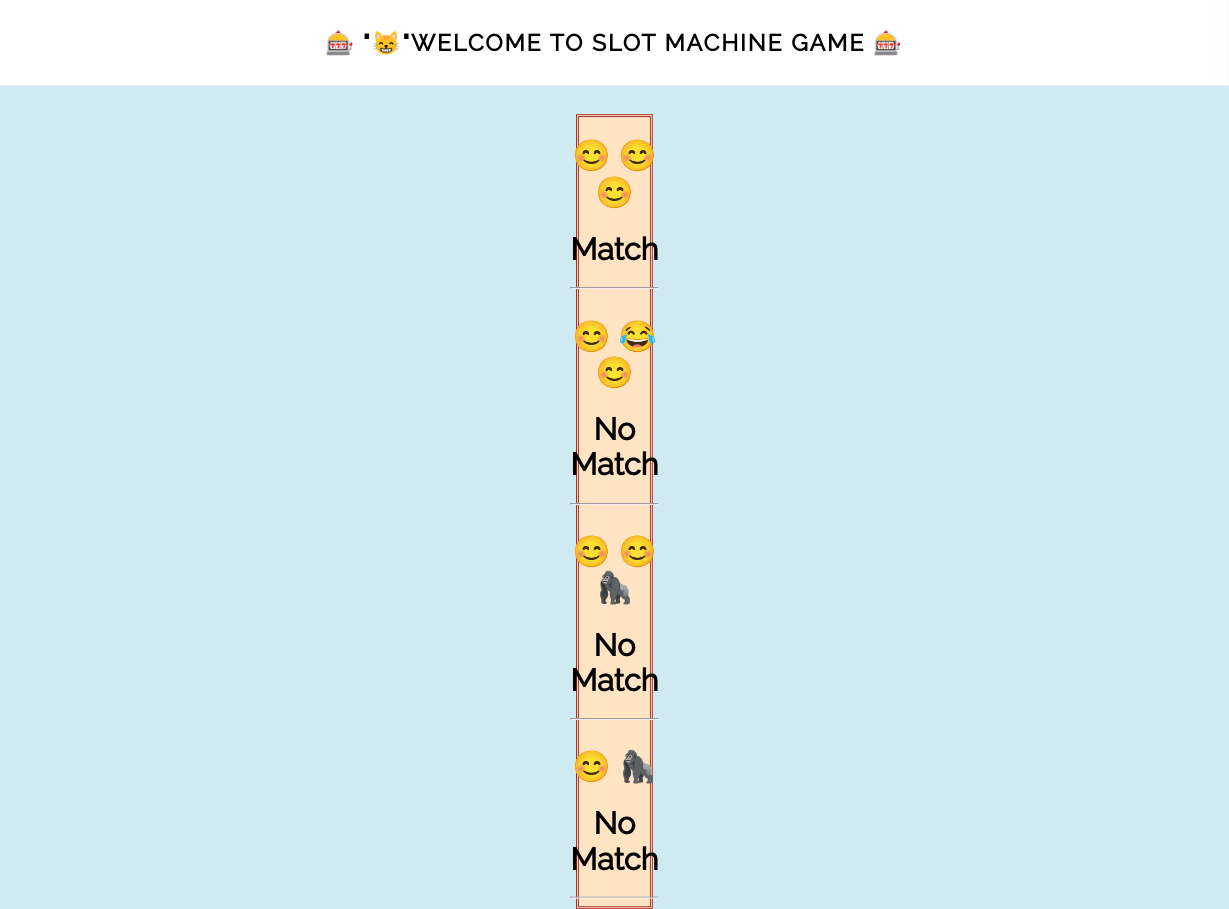
Repository: duggallakshya/slotMachineReact
Page: /
An editor plug-in stored every save of this project. The page is shown before and after a run of saves, followed by the edit.
The browser window is 1280 px wide. The pictures show the whole page, at 96% of full size.
The project was rebuilt for these pictures with package versions that can differ from the ones it lists, and the page was loaded fresh each time.

Above is the page before, as saved 2022-03-23 18:44:11.

After the next 2 saves:
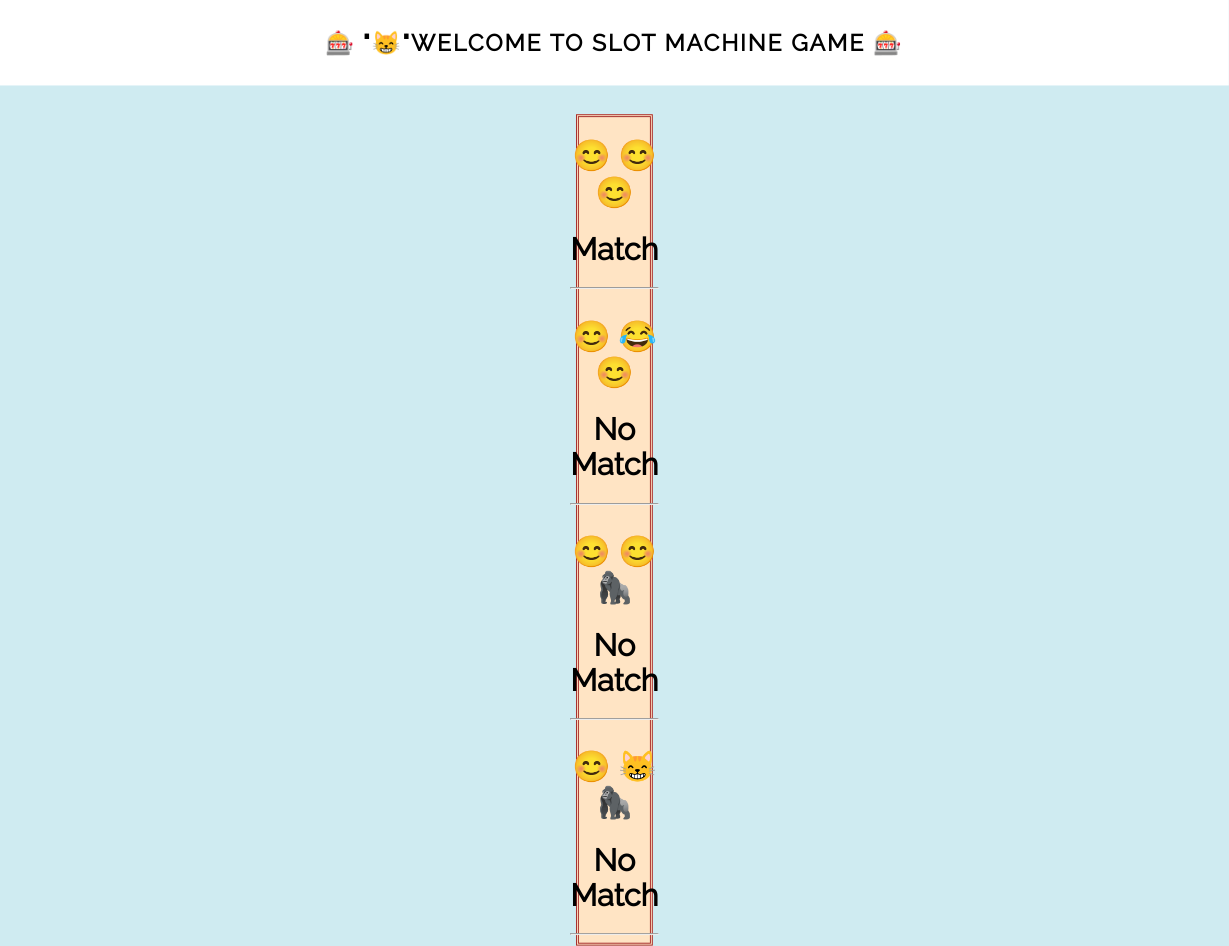
The 2 saves are shown as one change because they came seconds apart.
The last was saved 11 s later.
--- a/src/App.jsx
+++ b/src/App.jsx
@@ -9,7 +9,7 @@ const App = () => {
                 <SlotMachine x ='😊' y ='😊' z ='😊'/>
                 <SlotMachine x ='😊' y ='😂' z ='😊'/>
                 <SlotMachine x ='😊' y ='😊' z ='🦍'/>
-                <SlotMachine x ='😊' y ="" z ='🦍'/>
+                <SlotMachine x ='😊' y ='😸' z ='🦍'/>
             </div>
         </>
     )
